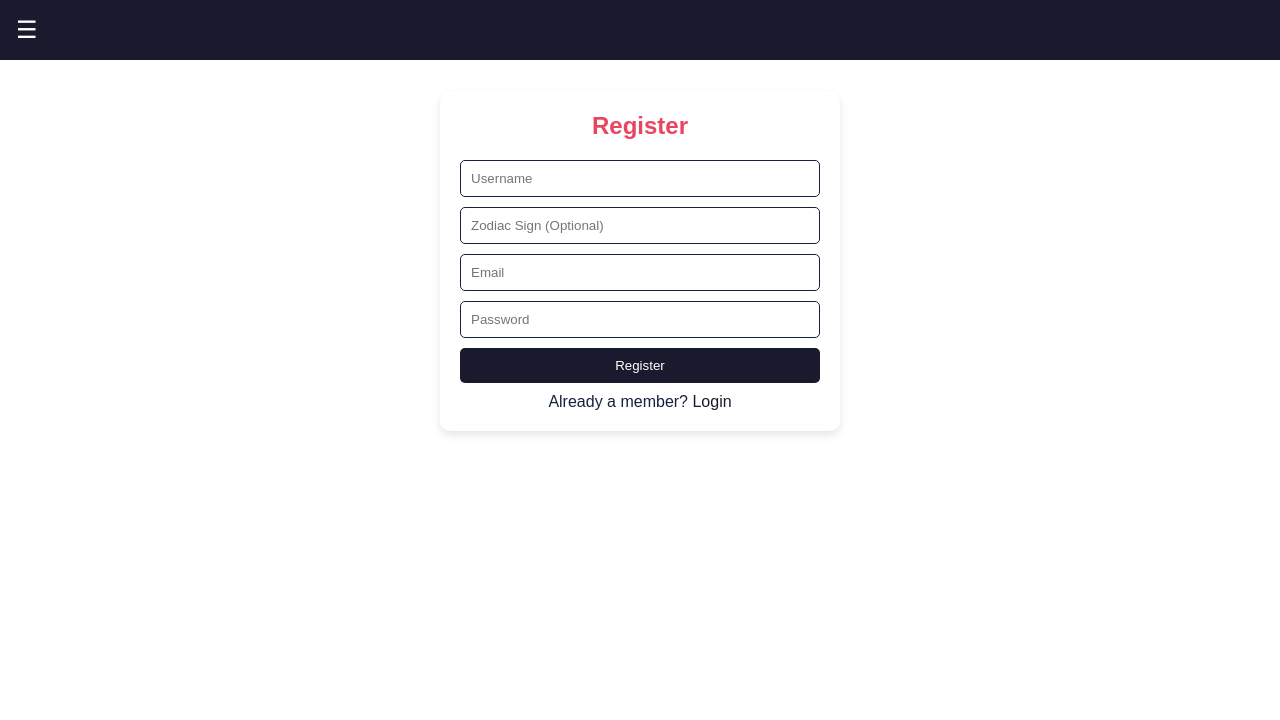
Repository: prachi-d-2/zodiac
Page: /loginregister (app in client/)
An editor plug-in stored every save of this project. The page is shown before and after the next save, followed by the edit.
The browser window is 1280 px wide. The pictures show the whole page.
The project was rebuilt for these pictures with package versions that can differ from the ones it lists, and the page was loaded fresh each time. Also part of the build but not shown: client/src/components/Home.css, client/src/data/articles.js, client/src/components/Home.js, client/src/components/Forum.js, client/src/components/Profile.css, client/src/components/Profile.js, client/src/components/Horoscope.js, client/src/components/Connect.css and 3 more.

Above is the page before, as saved 2024-12-03 19:25:10.

After the next save:
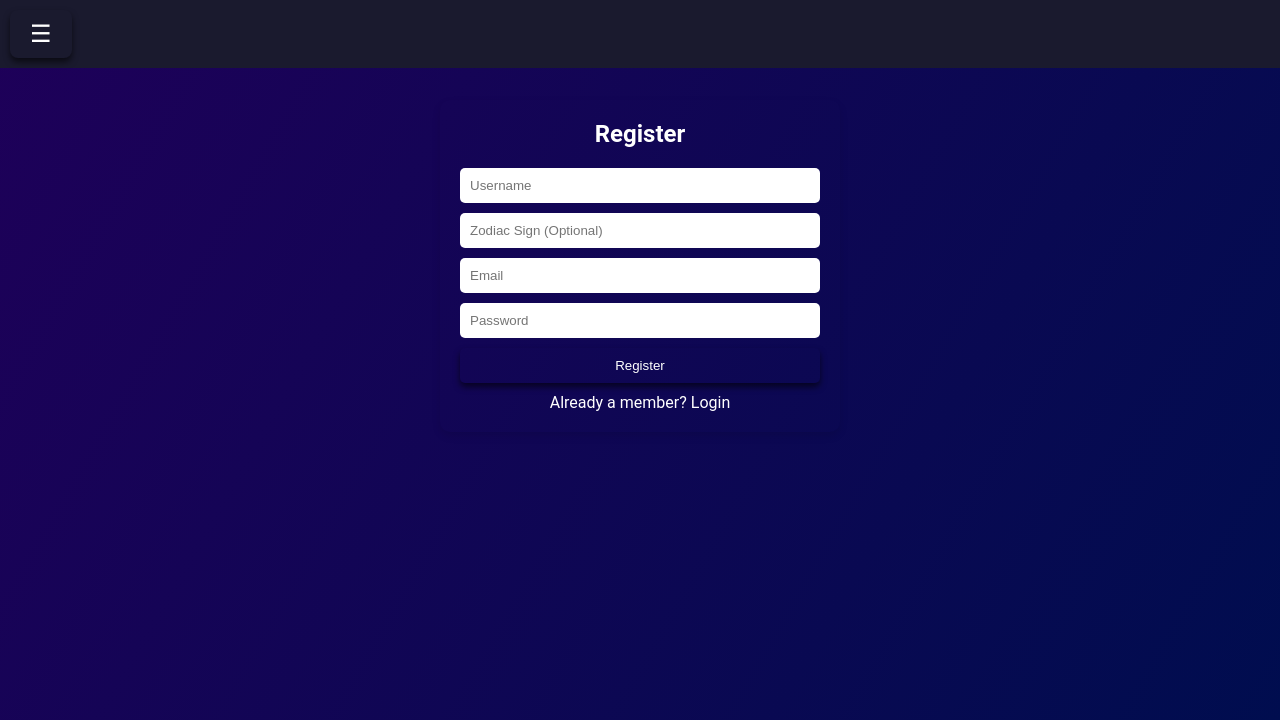
Saved 8 min 49 s later.
--- a/client/src/theme.css
+++ b/client/src/theme.css
@@ -1,71 +1,45 @@
 :root {
-    --primary-color: #1a1a2e;
-    --secondary-color: #16213e;
-    --accent-color: #0f3460;
-    --text-color: #e94560;
-    --background-color: #ffffff;
-  }
+  --primary-bg: linear-gradient(120deg, #1e0059, #000d4f);
+  --accent-color: #00c9a7;
+  --text-color: #ffffff;
+  --secondary-text: #c9d1d9;
+  --hover-glow: rgba(255, 255, 255, 0.2);
+  --shadow-color: rgba(0, 0, 0, 0.6);
+}
 
-  body {
-    margin: 0;
-    font-family: Arial, sans-serif;
-    background-color: var(--background-color);
-    color: var(--text-color);
-  }
+body {
+  background: var(--primary-bg);
+  color: var(--text-color);
+  font-family: 'Roboto', sans-serif;
+  margin: 0;
+  overflow-x: hidden;
+}
 
-  .navbar {
-    background-color: var(--primary-color);
-    padding: 1rem;
-  }
+h1, h2, h3, h4, h5, h6 {
+  color: var(--text-color);
+}
 
-  .navbar a {
-    color: var(--text-color);
-    text-decoration: none;
-    margin: 0 1rem;
-  }
+a {
+  color: var(--accent-color);
+  text-decoration: none;
+}
 
-  .navbar a:hover {
-    color: var(--accent-color);
-  }
+a:hover {
+  text-shadow: 0 0 10px var(--hover-glow);
+}
 
-  .profile-container {
-    padding: 2rem;
-  }
+button {
+  background: var(--accent-color);
+  color: var(--text-color);
+  border: none;
+  border-radius: 8px;
+  padding: 10px 20px;
+  cursor: pointer;
+  box-shadow: 0 4px 6px var(--shadow-color);
+  transition: transform 0.3s, box-shadow 0.3s;
+}
 
-  .profile-header {
-    font-size: 2rem;
-    color: var(--primary-color);
-  }
-
-  .profile-section {
-    margin-top: 1rem;
-  }
-
-  .profile-section label {
-    font-weight: bold;
-    color: var(--secondary-color);
-  }
-
-  .profile-section input, .profile-section textarea {
-    display: block;
-    margin-top: 0.5rem;
-    padding: 0.5rem;
-    width: 100%;
-    max-width: 400px;
-    border: 1px solid var(--secondary-color);
-    border-radius: 4px;
-  }
-
-  .edit-profile-button {
-    margin-top: 1rem;
-    padding: 0.5rem 1rem;
-    background-color: var(--accent-color);
-    color: var(--background-color);
-    border: none;
-    border-radius: 4px;
-    cursor: pointer;
-  }
-
-  .edit-profile-button:hover {
-    background-color: var(--text-color);
-  }
+button:hover {
+  transform: scale(1.05);
+  box-shadow: 0 6px 10px var(--hover-glow);
+}
